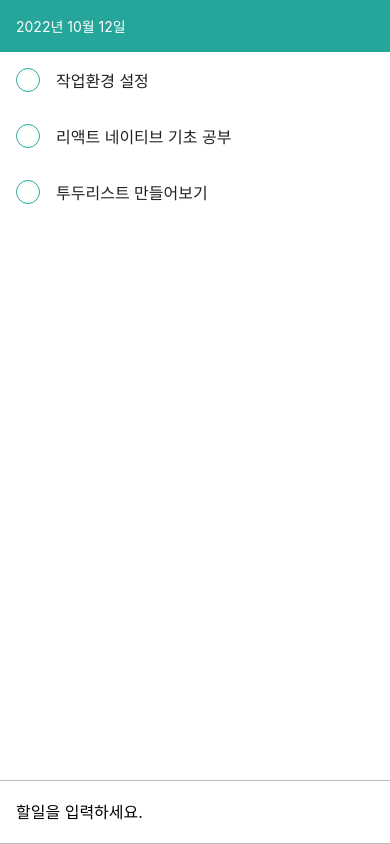
Repository: H-Rn-Study/haebzzang
Screen: / (app in TodoApp/)
These files come from the project's save history. The screen is drawn as it stood at one moment and after the next save; the edit follows.
The app was drawn by React Native's web renderer in a window 390 px wide. The project was rebuilt for these pictures with package versions that can differ from the ones it lists, and the page was loaded fresh each time. Also part of the build but not shown: TodoApp/components/Empty.js.

Above is the screen before, as saved 2022-10-26 14:56:16.

### TodoApp/App.js
import React, {useState} from 'react';
import {StyleSheet, KeyboardAvoidingView, Platform} from 'react-native';
import DateHead from './components/DateHead';
import {SafeAreaProvider, SafeAreaView} from 'react-native-safe-area-context';
import AddTodo from "./components/AddTodo";
import Empty from './components/Empty';
import TodoList from './components/TodoList';

function App() {
  const today = new Date();

  const [todos, setTodos] = useState([
    {id : 1, text : '작업환경 설정', done : true},
    {id : 2, text : '리액트 네이티브 기초 공부', done : false},
    {id : 3, text : '투두리스트 만들어보기', done : false},
  ]);


  return (
    <SafeAreaProvider>
      <SafeAreaView edges = {['buttom']} style = {styles.block}>
        <KeyboardAvoidingView
          behavior = {Platform.select({ios: 'padding', android: undefined})}
          style = {styles.avoid}>
          <DateHead date = {today} />
          {todos.length === 0 ? <Empty /> : <TodoList todos = {todos} />}
          <AddTodo />
        </KeyboardAvoidingView>
      </SafeAreaView>
    </SafeAreaProvider>
  );
}

const styles = StyleSheet.create({
  block: {
    flex: 1,
    backgroundColor: 'white',
  },

  avoid: {
    flex: 1,
  },
});

export default App;

### TodoApp/components/DateHead.js
import React from 'react';
import {View, Text, StyleSheet, StatusBar} from 'react-native';
import {useSafeAreaInsets} from 'react-native-safe-area-context';

function DateHead({date}) {
    const year = date.getFullYear();
    const month = date.getMonth() + 1;
    const day = date.getDate();

    const formatted = `${year}년 ${month}월 ${day}일`;
    const {top} = useSafeAreaInsets();

    return (
        <>
        <View style = {[styles.statusBarPlaceholder, {height: top}]} />
        <StatusBar backgroundColor = "#26a69a" barStyle = "light=content" />
        <View style = {styles.block}>
            <Text style = {styles.dateText}>{formatted}</Text>
        </View>
        </>
    );
}

const styles = StyleSheet.create({
    statusBarPlaceholder: {
        backgroundColor: "#26a69a",
    },
    block: {
        padding: 16,
        backgroundColor: '#26a69a',
    },

    dateText: {
        fontsize: 24,
        color: 'white',
    },
});

export default DateHead;

### TodoApp/components/AddTodo.js
import React, {useState} from "react";
import {View, StyleSheet, TextInput, Image, TouchableOpacity, Platform, TouchableNativeFeedback, Keyboard,} from "react-native";

function AddTodo() {
    const [text, setText] = useState('');

    const onPress = () => {
        setText('');
        Keyboard.dismiss();
    };

    const button = (
        <View style = {styles.buttonStyle}>
            <Image source = {require('../assets/icons/add_white/add_white.png')} />
        </View>
    );

    return (
    <View style = {styles.block}>
        <TextInput placeholder = "할일을 입력하세요."
        style = {styles.input}
        value = {text}
        onChangeText = {setText}
        onSubmitEditing = {onPress}
        returnKeyType = "done"
        />
        {Platform.select({
            ios: <TouchableOpacity activeOpacity = {0.5} onPress = {onPress}>
                {button}
                </TouchableOpacity>,
            android: (
                <View style = {styles.circleWrapper}>
                    <TouchableNativeFeedback onPress = {onPress}>
                        {button}
                    </TouchableNativeFeedback>
                </View>
            ),
        })}
    </View>
    );
}

const styles = StyleSheet.create({
    block: {
        backgroundColor: 'white',
        height: 64,
        paddingHorizontal: 16,
        borderColor: "#bdbdbd",
        borderTopWidth: 1,
        borderBottomWidth: 1,
        alignItems: 'center',
        flexDirection: 'row',
    },

    input: {
        flex: 1,
        fontSize: 16,
        paddingVertical: 8,
    },

    buttonStyle: {
        alignItems: 'center',
        justifyContent: 'center',
        width: 48,
        height: 48,
        backgroundColor: '#26a69a',
        borderRadius: 24,
    },

    circleWrapper: {
        overflow: 'hidden',
        borderRadius: 24,
    }
});

export default AddTodo;

### TodoApp/components/TodoList.js
import React from 'react';
import {FlatList, View, Text, StyleSheet} from 'react-native';
import TodoItem from './TodoItem';

function TodoList({todos}) {
    return (
        <FlatList
        style = {styles.list}
        data = {todos}
        renderItem = {({item}) => (
            <TodoItem id = {item.id} text = {item.text} done = {item.done} />
            )}
            keyExtractor = {item => item.id.toString()}
            />
    );
}

const styles = StyleSheet.create({
    list: {
        flex:1,
    },
});

export default TodoList;

### TodoApp/components/TodoItem.js
import React from 'react';
import {View, Text, StyleSheet} from 'react-native';

function TodoItem({id, text, done}) {
    return (
        <View style = {styles.item}>
            <View style = {styles.circle} />
            <Text style = {styles.text}>{text}</Text>
        </View>
    );
}

const styles = StyleSheet.create({
    item: {
        flexDirection: 'row',
        padding: 16,
        alignItems: 'center',
    },
    circle: {
        width: 24,
        height: 24,
        borderRadius: 12,
        borderColor: '#26a69a',
        borderWidth: 1,
        marginRight: 16,
    },
    text: {
        flex: 1,
        fontSize: 16,
        color: '#212121',
    },
});

export default TodoItem;

After the next save:
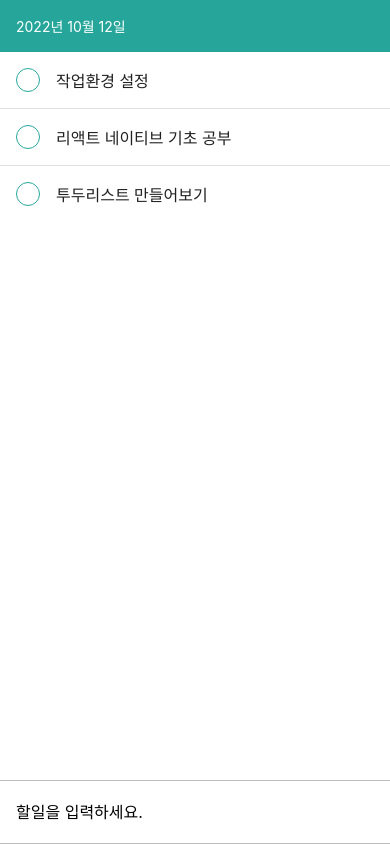
Saved 2 min 30 s later.
--- a/TodoApp/components/TodoList.js
+++ b/TodoApp/components/TodoList.js
@@ -5,6 +5,7 @@ import TodoItem from './TodoItem';
 function TodoList({todos}) {
     return (
         <FlatList
+        ItemSeparatorComponent={() => <View style = {styles.separator} />}
         style = {styles.list}
         data = {todos}
         renderItem = {({item}) => (
@@ -19,6 +20,10 @@ const styles = StyleSheet.create({
     list: {
         flex:1,
     },
+    separator: {
+        backgroundColor: "#e0e0e0",
+        height: 1,
+    },
 });
 
 export default TodoList;
